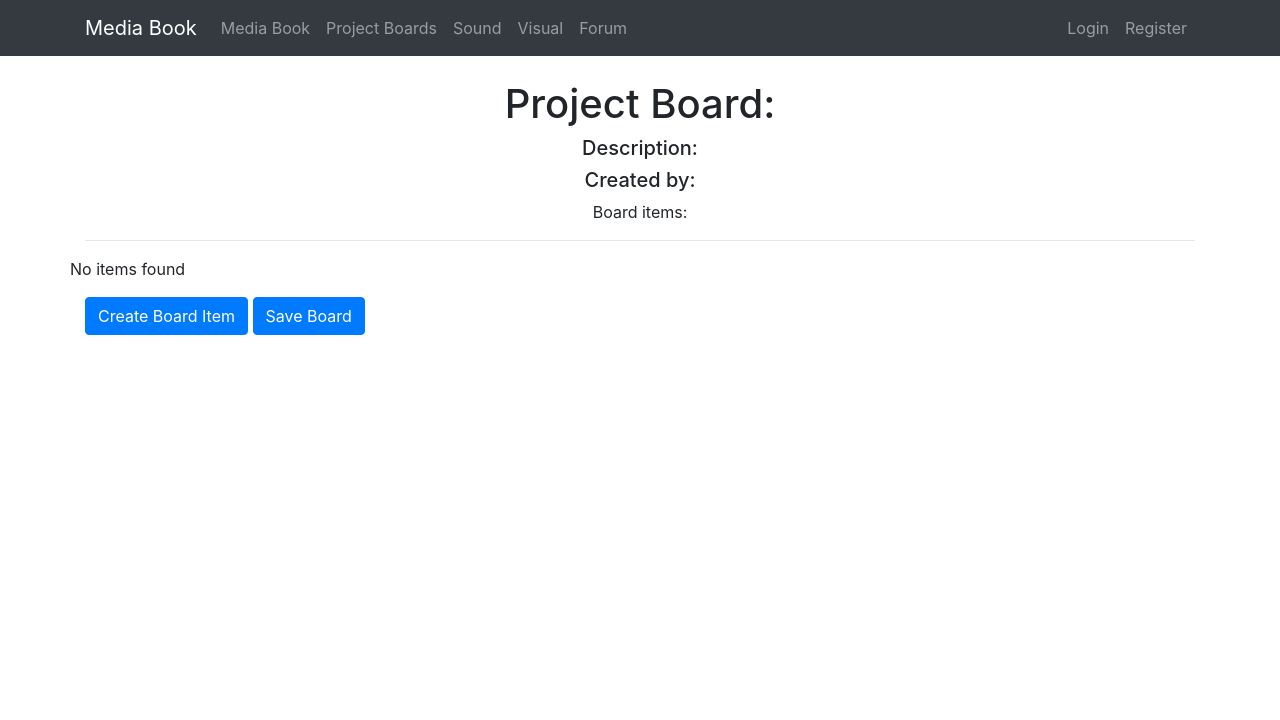
Repository: NateClarkTech/Software-Engineering-3
Page: IdeaBoards/templates/boarddetail.html
The author's editor kept a copy of each file at every save. The page is drawn from the files as they stood at one save, then again after the next save.
The browser window is 1280 px wide. The pictures show the whole page.
Some web libraries are served in a nearby version. The template is drawn by Django 5.2. The application's start-up code is not run. Other server files are loaded and not shown. The template is opened directly, without the code that normally fills it, so the values that code supplies are empty.

Above is the page before, as saved 2024-04-16 16:20:46.

### IdeaBoards/templates/boarddetail.html
{% extends 'base.html' %}

{% load static %}

{% block title %}{% endblock %}

{% block stylesheets %}
<link rel="stylesheet" href="{% static 'css/ideaBoards.css' %}">
{% endblock %}

{% block content %}
<!-- Source: https://getbootstrap.com/docs/5.3/components/modal/ -->
<!-- New Item Modal -->
<div class="modal fade" id="createBoardItem" tabindex="-1" role="dialog" aria-labelledby="CreateItemModalLabel" aria-hidden="true">
    <div class="modal-dialog" role="document">
      <div class="modal-content">
        <form id="addItemForm">
            {% csrf_token %}
            <div class="modal-header">
                <h5 class="modal-title" id="CreateItemModalLabel">Create New Item</h5>
                <button type="button" class="close" data-dismiss="modal" aria-label="Close">
                    <span aria-hidden="true">&times;</span>
                </button>
            </div>
            <div class="modal-body">
                <div class="form-group">
                    <label for="title">Title (max 64 characters)</label>
                    <input type="text" class="form-control" id="title" name="title">
                </div>
                <div class="form-group">
                    <label for="description">Description (max 512 characters)</label>
                    <input type="text" class="form-control" id="description" name="description">
                </div>
            </div>
            <div class="modal-footer">
              <button type="button" class="btn btn-secondary" data-dismiss="modal">Close</button>
              <button type="submit" class="btn btn-primary">Add Item</button>
            </div>
        </form>
      </div>
    </div>
  </div>

<!-- Edit Item Modal -->
<div class="modal fade" id="editBoardItem" tabindex="-1" role="dialog" aria-labelledby="EditItemModalLabel" aria-hidden="true">
    <div class="modal-dialog" role="document">
      <div class="modal-content">
        <form id="editItemForm">
            {% csrf_token %}
            <div class="modal-header">
                <h5 class="modal-title" id="EditItemModalLabel">Edit Board Item</h5>
                <button type="button" class="close" data-dismiss="modal" aria-label="Close">
                    <span aria-hidden="true">&times;</span>
                </button>
            </div>
            <div class="modal-body">
                <div class="form-group">
                    <label for="title">New Title</label>
                    <input type="text" class="form-control" id="title" name="title">
                </div>
                <div class="form-group">
                    <label for="description">New Description</label>
                    <input type="text" class="form-control" id="description" name="description">
                </div>
            </div>
            <div class="modal-footer">
              <button type="button" class="btn btn-secondary" data-dismiss="modal">Close</button>
              <button type="submit" class="btn btn-primary">Save Change</button>
            </div>
        </form>
      </div>
    </div>
  </div>

  <!-- View Item Modal -->
<div class="modal fade" id="viewBoardItem" tabindex="-1" role="dialog" aria-hidden="true">
    <div class="modal-dialog" role="document">
      <div class="modal-content">
        <div class="modal-body">
            <h1 id="view-item-title"></h1>
            <p id="view-item-text"></p>
        </div>
        <div class="modal-footer">
            <button type="button" data-dismiss="modal" class="btn btn-secondary">Close</button>
        </div>
      </div>
    </div>
</div>

    <div id="board-title-and-description" class="text-center">
        <h1>Project Board: {{ board.title }}</h1>
        <h5>Description: {{ board.description }}</h5>
        <h5>Created by: {{ board.user }}</h5>
        <p>Board items:</p>
        <hr/>
    </div>

    <div id='boardItems' class='row'>
        {% if items %}
            {% for item in items %}
            <div class="col-md-4 px-3 py-3">
                <button id="board-item-{{ forloop.counter }}" class="btn btn-outline-primary">
                    <div class="card card-custom"> <!-- Add a custom class for the card -->
                        <div class="card-body">
                            <h2 id="board-item-{{ forloop.counter }}-title" class='card-title'>{{ item.title }}</h2>
                            <p id="board-item-{{ forloop.counter }}-description" class='card-description pb-2'>{{ item.description }}</p>
                        </div>
                    </div>
                </button>
            </div>
            {% endfor %}
        {% else %}
        <div id='no-items-found'>
            <p>No items found</p>
        </div>
        {% endif %}
    </div>

    <button type="button" class="btn btn-primary" data-toggle="modal" data-target="#createBoardItem">
        Create Board Item
    </button>
    <button id="saveChanges" boardNumber="{{ board.id }}" type="button" class="btn btn-primary" data-toggle="modal">
        Save Board
    </button>
    {% endblock %}

{% block scripts %}
    <script src="{% static 'IdeaBoards/boarddetails.js' %}"></script>
{% endblock %}

### MediaBook/templates/base.html
<!DOCTYPE html>
<html lang="en">
<head>
    <meta charset="UTF-8">
    <meta name="viewport" content="width=device-width, initial-scale=1, shrink-to-fit=no">
    <title>{% block title %}{% endblock %}</title>
    <link rel="stylesheet" href="https://stackpath.bootstrapcdn.com/bootstrap/4.5.2/css/bootstrap.min.css">
    <!-- Add custom stylesheets here -->
    {% block stylesheets %}{% endblock %}
</head>
<body>
    <!-- Navbar -->
    {% include 'navbar.html' %}

    <!-- Main content -->
    <div class="container mt-4">
        {% block content %}{% endblock %}
    </div>

    <script src="https://code.jquery.com/jquery-3.5.1.slim.min.js"></script>
    <script src="https://cdn.jsdelivr.net/npm/@popperjs/core@2.5.4/dist/umd/popper.min.js"></script>
    <script src="https://stackpath.bootstrapcdn.com/bootstrap/4.5.2/js/bootstrap.min.js"></script>
    <!-- Add custom scripts here -->
    {% block scripts %}{% endblock %}
</body>
</html>

### MediaBook/templates/navbar.html
<nav class="navbar navbar-expand-lg navbar-dark bg-dark">
    <div class="container">
        <a class="navbar-brand" href="{% url 'home' %}">Media Book</a>
        <button class="navbar-toggler" type="button" data-toggle="collapse" data-target="#navbarNavAltMarkup" aria-controls="navbarNavAltMarkup" aria-expanded="false" aria-label="Toggle navigation">
            <span class="navbar-toggler-icon"></span>
        </button>
        <div class="collapse navbar-collapse" id="navbarNavAltMarkup">
            <ul class="navbar-nav mr-auto">
                <li class="nav-item">
                    <a class="nav-link" href="{% url 'home' %}">Media Book</a>
                </li>
                <li class="nav-item">
                    <a class="nav-link" href="{% url 'IdeaBoards_Home' %}">Project Boards</a> <!-- Placeholder href -->
                </li>
                <li class="nav-item">
                    <a class="nav-link" href="{% url 'sound' %}">Sound</a> <!-- Placeholder href -->
                </li>
                <li class="nav-item">
                    <a class="nav-link" href="{% url 'visual' %}">Visual</a> <!-- Placeholder href -->
                </li>
                <li class="nav-item">
                    <a class="nav-link" href="{% url 'forum_home' %}">Forum</a>
                </li>
            </ul>
            <ul class="navbar-nav ml-auto">
                {% if user.is_authenticated %}
                <li class="nav-item dropdown">
                    <a class="nav-link dropdown-toggle" href="#" id="notificationsDropdown" role="button" data-toggle="dropdown" aria-haspopup="true" aria-expanded="false">
                        <svg xmlns="http://www.w3.org/2000/svg" width="16" height="16" fill="currentColor" class="bi bi-bell" viewBox="0 0 16 16">
                            <path d="M8 16a2 2 0 0 0 2-2H6a2 2 0 0 0 2 2M8 1.918l-.797.161A4 4 0 0 0 4 6c0 .628-.134 2.197-.459 3.742-.16.767-.376 1.566-.663 2.258h10.244c-.287-.692-.502-1.49-.663-2.258C12.134 8.197 12 6.628 12 6a4 4 0 0 0-3.203-3.92zM14.22 12c.223.447.481.801.78 1H1c.299-.199.557-.553.78-1C2.68 10.2 3 6.88 3 6c0-2.42 1.72-4.44 4.005-4.901a1 1 0 1 1 1.99 0A5 5 0 0 1 13 6c0 .88.32 4.2 1.22 6"/>
                        </svg>
                        <!-- Conditionally render the style attribute for the notification badge -->
                        {% if global_notifications.count > 0 %}
                        <span class="badge badge-danger notification-badge" style="display: inline-block;">{{ global_notifications.count }}</span>
                        {% else %}
                        <span class="badge badge-danger notification-badge" style="display: none;">{{ global_notifications.count }}</span>
                        {% endif %}
                    </a>


                    <div class="dropdown-menu dropdown-menu-right" aria-labelledby="notificationsDropdown">
                        <!-- Notification link -->
                        {% for notification in global_notifications|slice:":5" %}
                        <div class="dropdown-item">
                            {% if notification.comment %}
                                <a href="{% url 'thread_detail_comment' notification.thread.id notification.comment.id %}" onclick="navigateAndMarkAsRead({{ notification.id }}, event);">
                                    {{ notification.get_notification_type_display }} in "{{ notification.thread.title }}" - {{ notification.comment.content|truncatechars:40 }}
                                </a>
                            {% else %}
                                <a href="{% url 'thread_detail_comment' notification.thread.id notification.comment.id%}" onclick="navigateAndMarkAsRead({{ notification.id }}, event);">
                                    {{ notification.get_notification_type_display }} in "{{ notification.thread.title }}"
                                </a>
                            {% endif %}
                            <button onclick="markAsReadOnly({{ notification.id }}, event);" class="btn btn-sm btn-link">Mark as read</button>
                        </div>
                        {% endfor %}


                        <div class="dropdown-divider"></div>
                        <a class="dropdown-item text-center" href="{% url 'notifications' %}">See all notifications</a>
                    </div>


                </li>
                    <li class="nav-item dropdown">
                        <a class="nav-link dropdown-toggle" href="#" id="navbarDropdownMenuLink" role="button" data-toggle="dropdown" aria-haspopup="true" aria-expanded="false">
                            Profile
                        </a>
                        <div class="dropdown-menu" aria-labelledby="navbarDropdownMenuLink">
                            <!-- Add additional profile-related links here -->
                            <a class="dropdown-item" href="{% url 'logout' %}">Logout</a>
                        </div>
                    </li>
                {% else %}
                    <li class="nav-item">
                        <a class="nav-link" href="{% url 'login' %}">Login</a>
                    </li>
                    <li class="nav-item">
                        <a class="nav-link" href="{% url 'register' %}">Register</a>
                    </li>
                {% endif %}
            </ul>
        </div>
    </div>
</nav>
<script>
    function navigateAndMarkAsRead(notificationId, event) {
        event.preventDefault(); // Stop the link navigation until the operation completes
        const targetUrl = event.currentTarget.href; // Get the href from the clicked link

        fetch(`/notifications/mark_as_read/${notificationId}/`, {
            method: 'POST',
            headers: {
                'X-CSRFToken': getCookie('csrftoken'),
                'Content-Type': 'application/json'
            },
            body: JSON.stringify({'is_read': true})
        })
        .then(response => {
            if (response.ok) {
                window.location.href = targetUrl; // Navigate to the link URL
            } else {
                window.location.href = targetUrl; // Navigate even if fail to mark as read
            }
        })
        .catch(error => {
            console.error('Error marking notification as read:', error);
            window.location.href = targetUrl; // Navigate in case of network error
        });
    }
    function markAsReadOnly(notificationId, event) {
        event.stopPropagation(); // Stop event bubbling to the link
        event.preventDefault(); // Prevent any default action

        fetch(`/notifications/mark_as_read/${notificationId}/`, {
            method: 'POST',
            headers: {
                'X-CSRFToken': getCookie('csrftoken'),
                'Content-Type': 'application/json'
            },
            body: JSON.stringify({'is_read': true})
        })
        .then(response => {
            if (response.ok) {
                console.log('Notification marked as read successfully.');
                const badge = document.querySelector('.notification-badge');
                if (badge) {
                    let count = parseInt(badge.textContent, 10) - 1;
                    if (count > 0) {
                        badge.textContent = count;
                        badge.style.display = 'inline-block'; // Make sure it's visible if still needed
                    } else {
                        badge.style.display = 'none'; // Hide badge if no notifications
                    }
                }
            } else {
                console.error('Failed to mark notification as read');
            }
        })
        .catch(error => {
            console.error('Error marking notification as read:', error);
        });
    }




    // Function to get CSRF token from cookies
    function getCookie(name) {
        let cookieValue = null;
        if (document.cookie && document.cookie !== '') {
            const cookies = document.cookie.split(';');
            for (let i = 0; i < cookies.length; i++) {
                const cookie = cookies[i].trim();
                if (cookie.substring(0, name.length + 1) === (name + '=')) {
                    cookieValue = decodeURIComponent(cookie.substring(name.length + 1));
                    break;
                }
            }
        }
        return cookieValue;
    }
    </script>

### IdeaBoards/static/css/ideaBoards.css
.card-custom {
    max-height: 200px; /* Adjust the max height as needed */
    overflow: hidden;
}

/* Custom CSS for setting width and height on medium screens */
@media (min-width: 768px){
    .card-custom {
        width: 300px; /* Set the desired width */
        height: 200px; /* Set the desired height */
        overflow: hidden;
    }
}

.card-body {
    height: 100%;
    overflow: hidden;
    color: black;
}

.card-title, .card-description {
    margin: 0;
    overflow: hidden;
    color: black;
}

#bottom-right-button {
    position: fixed;
    bottom: 20px; /* Adjust the distance from the bottom as needed */
    right: 20px; /* Adjust the distance from the right as needed */
    z-index: 999; /* Ensure it appears above other content */
    /* Additional styling */
    padding: 10px 20px;
    background-color: #007bff; /* Example background color */
    color: white;
    border: none;
    border-radius: 5px;
    cursor: pointer;
    /* Add any other styles as needed */
}

### IdeaBoards/static/IdeaBoards/boarddetails.js
console.log('script loaded');

let changesToBoard = [];
const csrftoken = getCookie('csrftoken');

// Function to add a new item to the board
function addFormItem() {
    // Example: Get the title and description values from the form
    let title = document.getElementById("title").value;
    let description = document.getElementById("description").value;

    if (title !== "" && description !== "") {
        changesToBoard.push(
            {
                type: "add",
                title: title,
                description: description
            }
        );
        console.log(changesToBoard);

        // Create new elements
        let card = document.createElement("div");
        card.classList.add("card");

        let cardBody = document.createElement("div");
        cardBody.classList.add("card-body");

        let cardTitle = document.createElement("h2");
        cardTitle.classList.add("card-title");
        cardTitle.textContent = title;

        let cardDescription = document.createElement("p");
        cardDescription.classList.add("card-description");
        cardDescription.textContent = description;

        // Build the hierarchy
        cardBody.appendChild(cardTitle);
        cardBody.appendChild(cardDescription);
        card.appendChild(cardBody);

        // Add the new card to the "row" div
        document.getElementById("boardItems").appendChild(card);

        // Close the modal
        $('#createBoardItem').modal('hide');

        if (document.getElementById("no-items-found")) {
            document.getElementById("no-items-found").remove();
        }
    }
}

// Add an event listener to the form so items can be added to the board
document.getElementById("addItemForm").addEventListener("submit", function(event) {
    event.preventDefault(); // Prevent the default form submission

    // Call the addFormItem function
    addFormItem();

    // Reset the form
    document.getElementById("addItemForm").reset();
});

// Get the CSRF token from the cookie
function getCookie(name) {
    let cookieValue = null;
    if (document.cookie && document.cookie !== '') {
        const cookies = document.cookie.split(';');
        for (let i = 0; i < cookies.length; i++) {
            const cookie = cookies[i].trim();
            // Check if the cookie name matches the CSRF cookie name
            if (cookie.substring(0, name.length + 1) === (name + '=')) {
                cookieValue = decodeURIComponent(cookie.substring(name.length + 1));
                break;
            }
        }
    }
    return cookieValue;
}

document.getElementById("saveChanges").addEventListener("click", function() {
    // Send the POST request with the CSRF token included in the headers
    fetch(window.location.pathname, {
        method: "POST",
        headers: {
            "Content-Type": "application/json",
            "X-CSRFToken": csrftoken  // Include the CSRF token in the headers
        },
        body: JSON.stringify(changesToBoard),
    })
});

let i = 1;
while (document.getElementById("board-item-" + i)) {
    (function(index) {

        document.getElementById("board-item-" + index).addEventListener("click", function() {
            let title = document.getElementById("board-item-" + index + "-title").textContent;
            let description = document.getElementById("board-item-" + index + "-description").textContent;

            document.getElementById("view-item-title").textContent = title;
            document.getElementById("view-item-text").textContent = description;

            $('#viewBoardItem').modal('show');
        });
    })(i);
    i = i + 1;
}

After the next save:
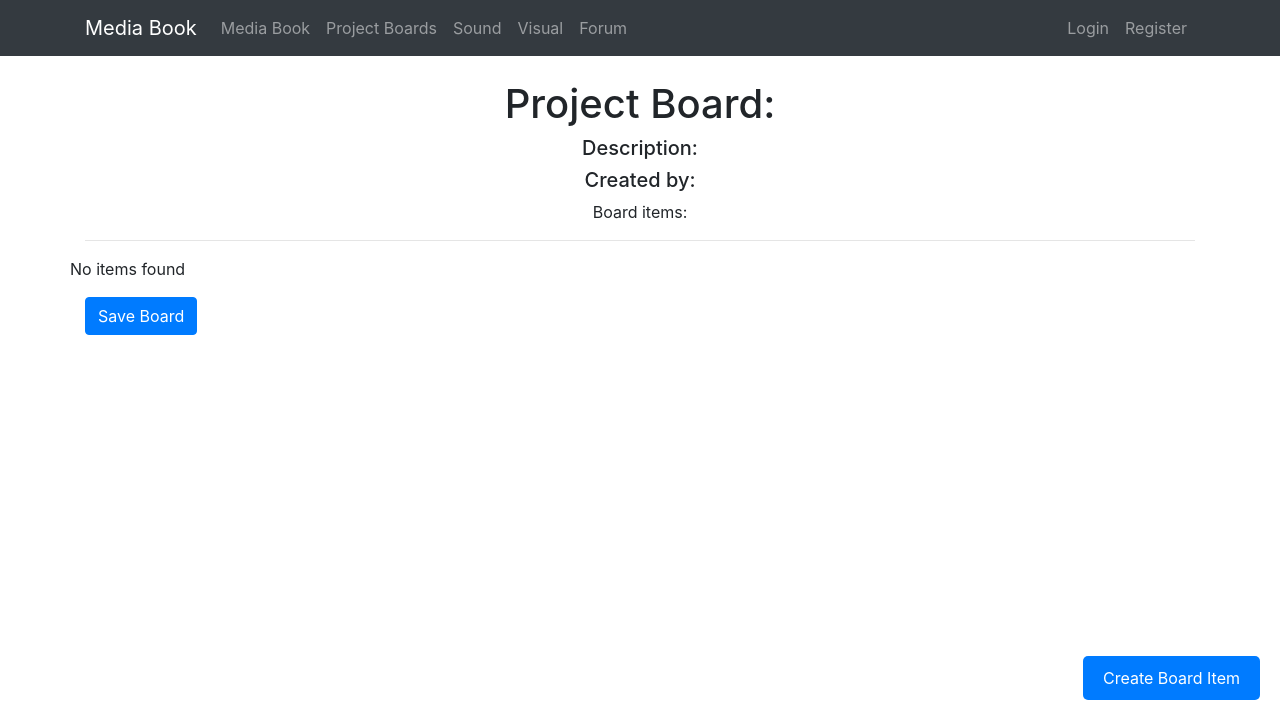
Saved 15 s later.
--- a/IdeaBoards/templates/boarddetail.html
+++ b/IdeaBoards/templates/boarddetail.html
@@ -116,7 +116,7 @@
         {% endif %}
     </div>
 
-    <button type="button" class="btn btn-primary" data-toggle="modal" data-target="#createBoardItem">
+    <button id="bottom-right-button" type="button" class="btn btn-primary" data-toggle="modal" data-target="#createBoardItem">
         Create Board Item
     </button>
     <button id="saveChanges" boardNumber="{{ board.id }}" type="button" class="btn btn-primary" data-toggle="modal">

After the save that followed:
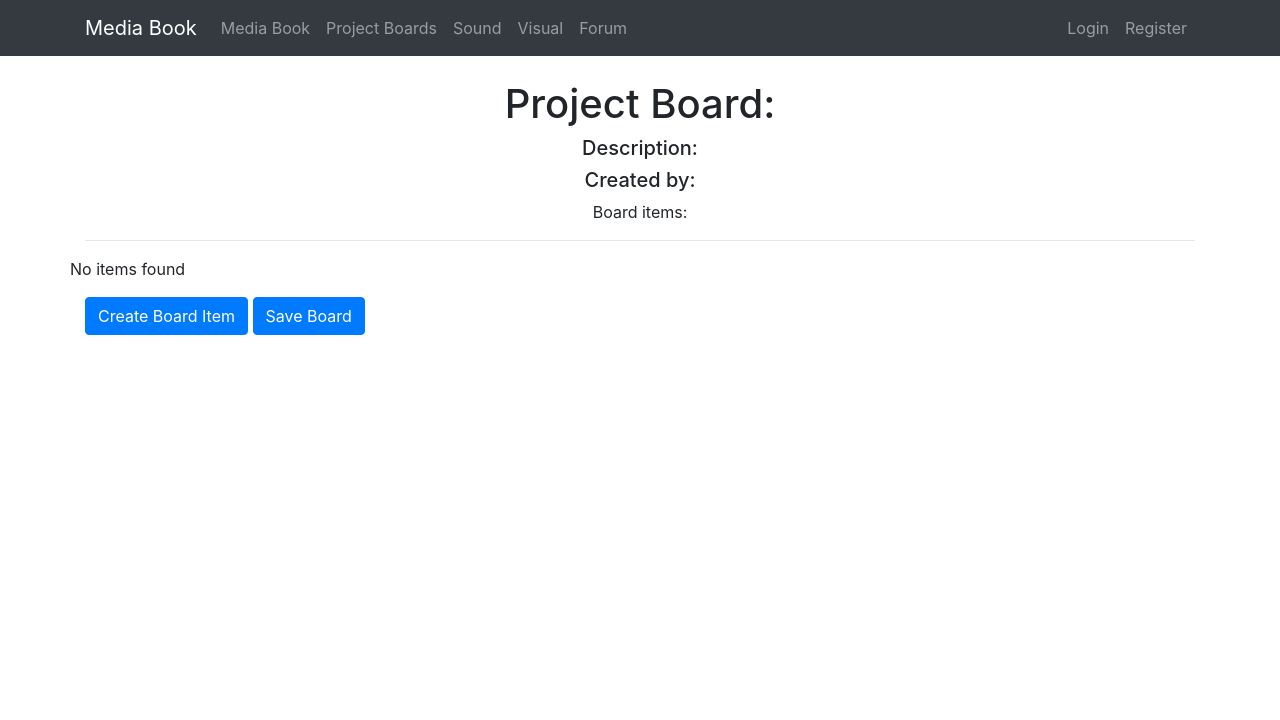
Saved 64 s later.
--- a/IdeaBoards/static/css/ideaBoards.css
+++ b/IdeaBoards/static/css/ideaBoards.css
@@ -24,7 +24,7 @@
     color: black;
 }
 
-#bottom-right-button {
+#create-new-item-button {
     position: fixed;
     bottom: 20px; /* Adjust the distance from the bottom as needed */
     right: 20px; /* Adjust the distance from the right as needed */
@@ -38,3 +38,18 @@
     cursor: pointer;
     /* Add any other styles as needed */
 }
+
+#save-board-button {
+    position: fixed;
+    bottom: 60px; /* Adjust the distance from the bottom as needed */
+    right: 20px; /* Adjust the distance from the right as needed */
+    z-index: 999; /* Ensure it appears above other content */
+    /* Additional styling */
+    padding: 10px 20px;
+    background-color: #007bff; /* Example background color */
+    color: white;
+    border: none;
+    border-radius: 5px;
+    cursor: pointer;
+    /* Add any other styles as needed */
+}
